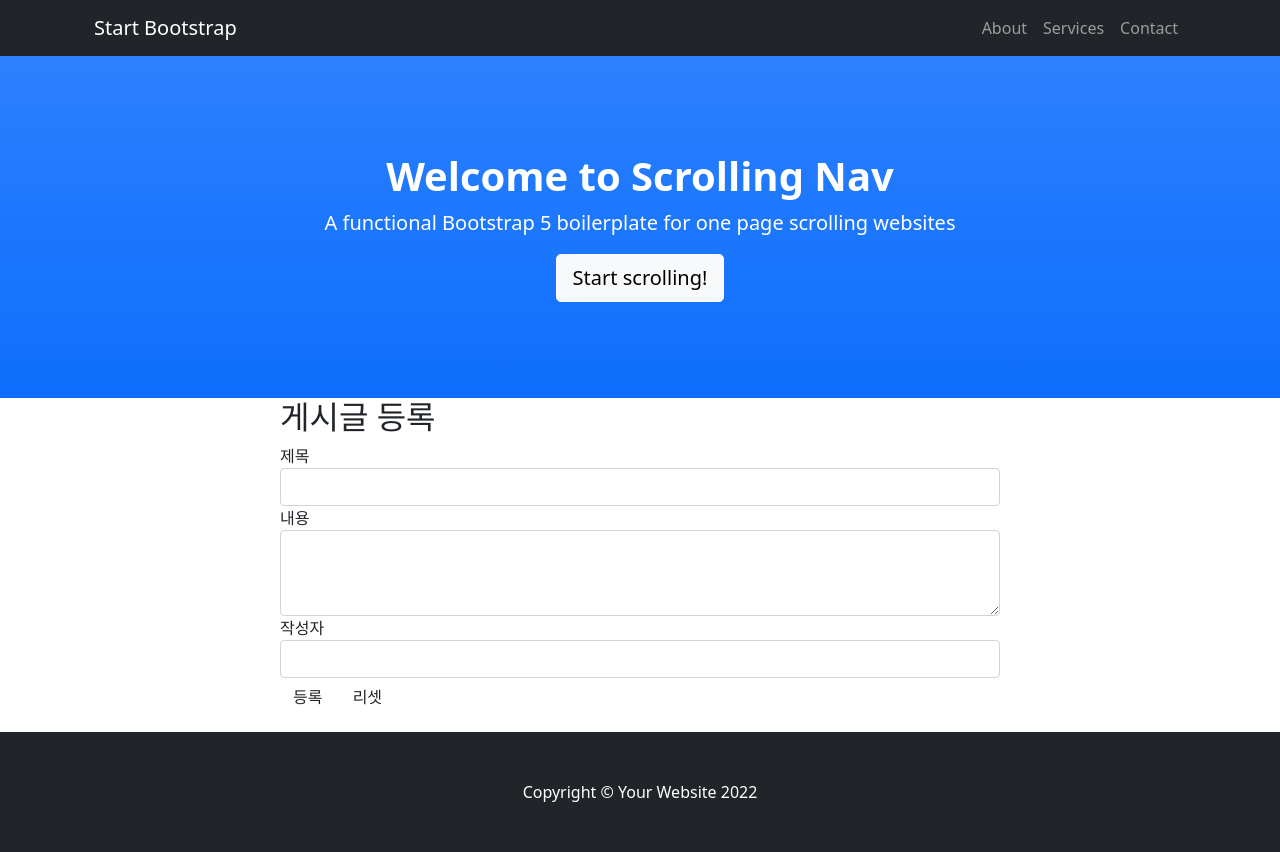
Repository: rlarmsdn2999/SpringWebProject
Page: http://localhost/myboard/WEB-INF/views/board/register.jsp
An editor plug-in stored every save of this project. The page is shown before and after the next save, followed by the edit.
The browser window is 1280 px wide. The pictures show the whole page.
The page is served by Tomcat 9. Nobody is signed in. Other server files are loaded and not shown. The template is opened directly, without the code that normally fills it, so the values that code supplies are empty.

Above is the page before, as saved 2022-12-25 12:39:14.
Console error: TypeError: Cannot read properties of null (reading 'classList')

### myboard/myboard/src/main/webapp/WEB-INF/views/board/register.jsp
<%@ page language="java" contentType="text/html; charset=UTF-8"
	pageEncoding="UTF-8"%>
<%@ taglib uri="http://java.sun.com/jsp/jstl/core" prefix="c"%>
<%@ taglib uri="http://java.sun.com/jsp/jstl/fmt" prefix="fmt"%>
<!DOCTYPE html>
<html lang="en">
<head>
<meta charset="utf-8" />
<meta name="viewport"
	content="width=device-width, initial-scale=1, shrink-to-fit=no" />
<meta name="description" content="" />
<meta name="author" content="" />
<title>Scrolling Nav - Start Bootstrap Template</title>
<link rel="icon" type="image/x-icon"
	href="/resources/assets/favicon.ico" />
<!-- Core theme CSS (includes Bootstrap)-->
<link href="/resources/css/styles.css" rel="stylesheet" />
</head>
<body id="page-top">
<script src="https://ajax.googleapis.com/ajax/libs/jquery/1.12.4/jquery.min.js"></script>
	<!-- Navigation-->
	<nav class="navbar navbar-expand-lg navbar-dark bg-dark fixed-top"
		id="mainNav">
		<div class="container px-4">
			<a class="navbar-brand" href="#page-top">Start Bootstrap</a>
			<button class="navbar-toggler" type="button"
				data-bs-toggle="collapse" data-bs-target="#navbarResponsive"
				aria-controls="navbarResponsive" aria-expanded="false"
				aria-label="Toggle navigation">
				<span class="navbar-toggler-icon"></span>
			</button>
			<div class="collapse navbar-collapse" id="navbarResponsive">
				<ul class="navbar-nav ms-auto">
					<li class="nav-item"><a class="nav-link" href="#about">About</a></li>
					<li class="nav-item"><a class="nav-link" href="#services">Services</a></li>
					<li class="nav-item"><a class="nav-link" href="#contact">Contact</a></li>
				</ul>
			</div>
		</div>
	</nav>
	<!-- Header-->
	<header class="bg-primary bg-gradient text-white">
		<div class="container px-4 text-center">
			<h1 class="fw-bolder">Welcome to Scrolling Nav</h1>
			<p class="lead">A functional Bootstrap 5 boilerplate for one page
				scrolling websites</p>
			<a class="btn btn-lg btn-light" href="#about">Start scrolling!</a>
		</div>
	</header>
	<!-- About section-->
	<div class="container px-4">
		<div class="row gx-4 justify-content-center">
			<div class="col-lg-8">
				<h2>게시글 등록</h2>
				<table class="table table-hover">
					<div class="panel-body">
						<form role="form" action="/board/register" method="post">
							<div class="form-group">
								<label>제목</label><input class="form-control" name="title">
							</div>
							<div class="form-group">
								<label>내용</label>
								<textarea class="form-control" rows="3" name='content'></textarea>
							</div>
							<div class="form-group">
								<label>작성자</label><input class="form-control" name="writer">
							</div>
							<button type="submit" class="btn btn-default" id="btnSave">등록</button>
							<button type="reset" class="btn btn-default">리셋</button>
						</form>
					</div>
				</table>
			</div>
		</div>
	</div>
	<!-- Footer-->
	<footer class="py-5 bg-dark">
		<div class="container px-4">
			<p class="m-0 text-center text-white">Copyright &copy; Your
				Website 2022</p>
		</div>
	</footer>
	<!-- Bootstrap core JS-->
	<script
		src="https://cdn.jsdelivr.net/npm/bootstrap@5.1.3/dist/js/bootstrap.bundle.min.js"></script>
	<!-- Core theme JS-->
	<script src="/resources/js/scripts.js"></script>


</body>
</html>

### myboard/myboard/src/main/webapp/resources/js/scripts.js
/*!
* Start Bootstrap - Scrolling Nav v5.0.5 (https://startbootstrap.com/template/scrolling-nav)
* Copyright 2013-2022 Start Bootstrap
* Licensed under MIT (https://github.com/StartBootstrap/startbootstrap-scrolling-nav/blob/master/LICENSE)
*/
//
// Scripts
//

window.addEventListener('DOMContentLoaded', event => {

    // Activate Bootstrap scrollspy on the main nav element
    const mainNav = document.body.querySelector('#mainNav');
    if (mainNav) {
        new bootstrap.ScrollSpy(document.body, {
            target: '#mainNav',
            offset: 74,
        });
    };

    // Collapse responsive navbar when toggler is visible
    const navbarToggler = document.body.querySelector('.navbar-toggler');
    const responsiveNavItems = [].slice.call(
        document.querySelectorAll('#navbarResponsive .nav-link')
    );
    responsiveNavItems.map(function (responsiveNavItem) {
        responsiveNavItem.addEventListener('click', () => {
            if (window.getComputedStyle(navbarToggler).display !== 'none') {
                navbarToggler.click();
            }
        });
    });

});

Loaded but not shown: myboard/myboard/src/main/webapp/resources/css/styles.css (library)

After the next save:
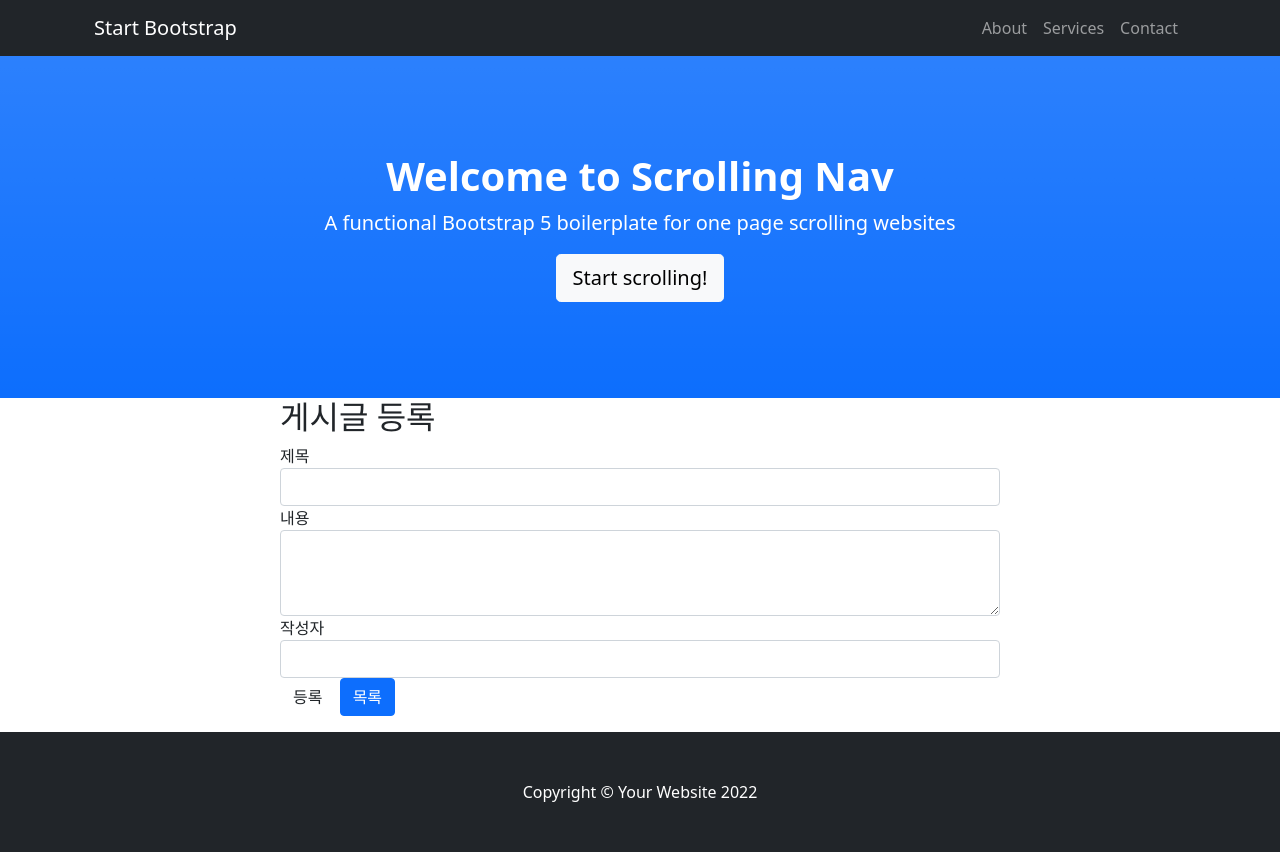
Saved 18 s later.
--- a/myboard/myboard/src/main/webapp/WEB-INF/views/board/register.jsp
+++ b/myboard/myboard/src/main/webapp/WEB-INF/views/board/register.jsp
@@ -66,7 +66,7 @@
 								<label>작성자</label><input class="form-control" name="writer">
 							</div>
 							<button type="submit" class="btn btn-default" id="btnSave">등록</button>
-							<button type="reset" class="btn btn-default">리셋</button>
+							<button type="reset" class="btn btn-primary">목록</button>
 						</form>
 					</div>
 				</table>
